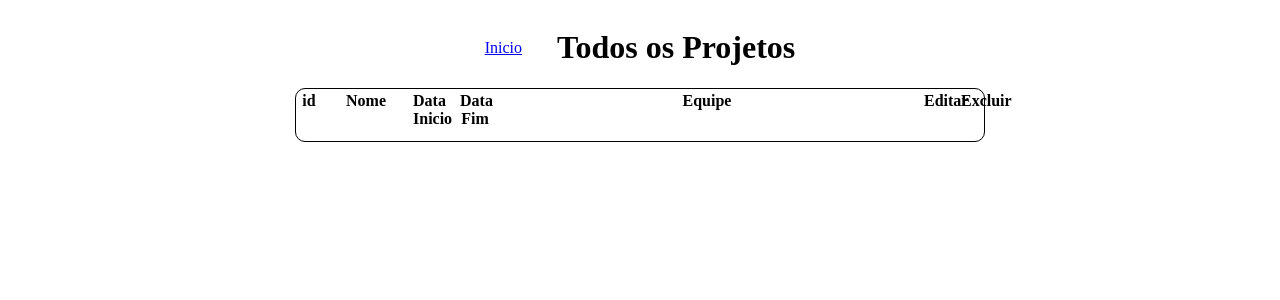
Repository: OmagnetFirel/basico-javaweb
Page: http://localhost/DEVManager/ListarTodosProjetos?np=/read/listarProjetos.jsp
The author's editor kept a copy of each file at every save. The page is drawn from the files as they stood at one save, then again after the next save.
The browser window is 1280 px wide. The pictures show the whole page.
The page is served by Tomcat 9. Queries for data that is not in the repository find no rows.

Above is the page before, as saved 2023-04-23 20:18:58.

After the next save:
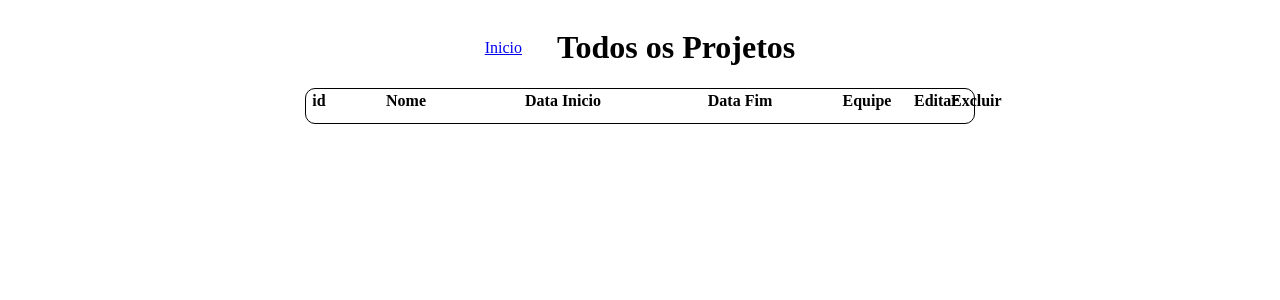
Saved 23 s later.
--- a/DEVManager/src/main/webapp/read/listarProjetos.jsp
+++ b/DEVManager/src/main/webapp/read/listarProjetos.jsp
@@ -16,10 +16,10 @@
 	<table  style="flex:1; border: 1px solid black; border-radius: 10px;">
 		<tr style="margin-bottom:10px; display:flex; flex-direction:row; column-gap: 15px;">
 			<th style="width:20px">id</th>
-			<th style="width:60px">Nome</th>
-			<th style="width:30px">Data Inicio</th>
-			<th style="width:30px">Data Fim</th>
-			<th style="width:400px">Equipe</th>
+			<th style="width:120px">Nome</th>
+			<th style="width:160px">Data Inicio</th>
+			<th style="width:160px">Data Fim</th>
+			<th style="width:60px">Equipe</th>
 			<th style="width:20px">Editar</th>
 			<th style="width:20px">Excluir</th>
 		</tr>
